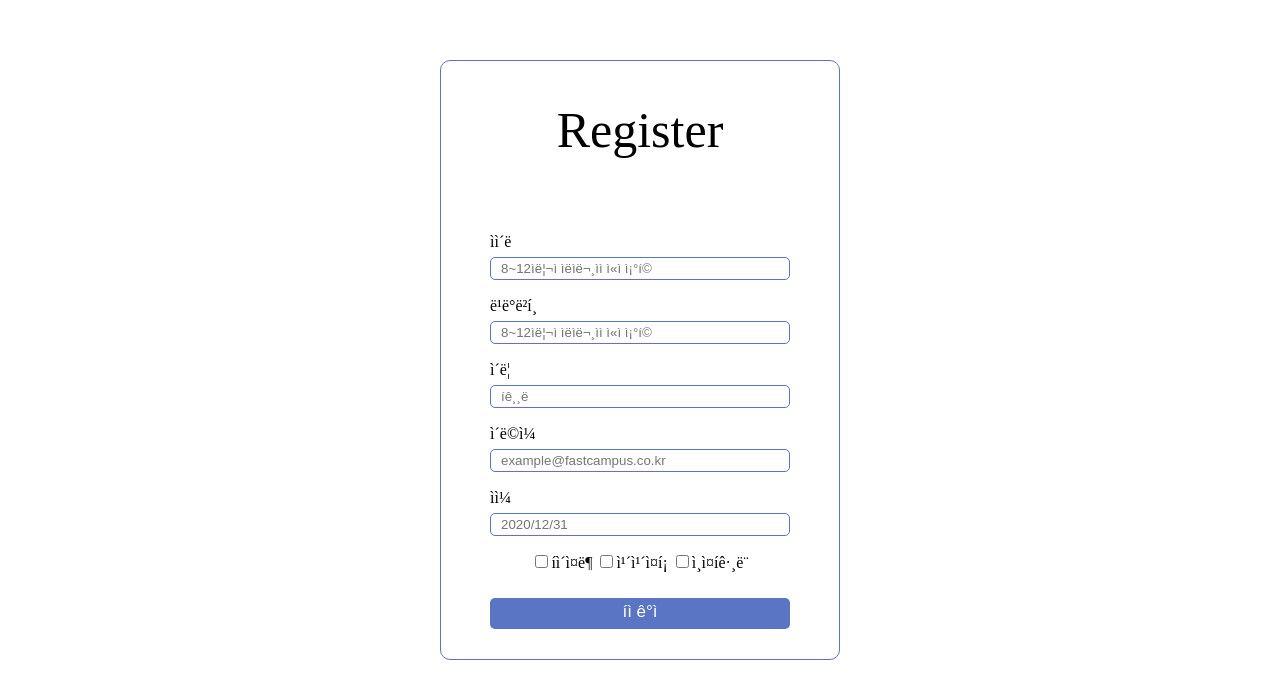
Repository: chungmin23/fastcampus_spring
Page: http://localhost/ch2/registerForm.jsp
An editor plug-in stored every save of this project. The page is shown before and after the next save, followed by the edit.
The browser window is 1280 px wide. The pictures show the whole page.
Some web libraries are served in a nearby version. The page is served by Tomcat 9. Other server files are loaded and not shown.

Above is the page before, as saved 2022-04-09 06:27:14.

### ch2/src/main/webapp/registerForm.jsp
<!DOCTYPE html>
<html lang="en">
<head>
    <meta charset="UTF-8">
    <meta http-equiv="X-UA-Compatible" content="IE=edge">
    <meta name="viewport" content="width=device-width, initial-scale=1.0">
    <link rel="stylesheet" href="https://cdnjs.cloudflare.com/ajax/libs/font-awesome/5.8.2/css/all.min.css" />
    <style>
        * { box-sizing:border-box; }

        form {
            width:400px;
            height:600px;
            display : flex;
            flex-direction: column;
            align-items:center;
            position : absolute;
            top:50%;
            left:50%;
            transform: translate(-50%, -50%) ;
            border: 1px solid rgb(89,117,196);
            border-radius: 10px;
        }

        .input-field {
            width: 300px;
            height: 40px;
            border : 1px solid rgb(89,117,196);
            border-radius:5px;
            padding: 0 10px;
            margin-bottom: 10px;
        }
        label {
            width:300px;
            height:30px;
            margin-top :4px;
        }

        button {
            background-color: rgb(89,117,196);
            color : white;
            width:300px;
            height:50px;
            font-size: 17px;
            border : none;
            border-radius: 5px;
            margin : 20px 0 30px 0;
        }

        .title {
            font-size : 50px;
            margin: 40px 0 30px 0;
        }

        .msg {
            height: 30px;
            text-align:center;
            font-size:16px;
            color:red;
            margin-bottom: 20px;
        }
        .sns-chk {
            margin-top : 5px;
        }
    </style>
    <title>Register</title>
</head>
<body>
	<!-- onsubmit 폼체크 -->
   <form action="/ch2/registerInfo.jsp" method="post" onsubmit="return formCheck(this)">
    <div class="title">Register</div>
    <div id="msg" class="msg"> </div>
    <label for="">아이디</label>
    <input class="input-field" type="text" name="id" placeholder="8~12자리의 영대소문자와 숫자 조합">
    <label for="">비밀번호</label>
    <input class="input-field" type="text" name="pwd" placeholder="8~12자리의 영대소문자와 숫자 조합">
    <label for="">이름</label>
    <input class="input-field" type="text" name="name" placeholder="홍길동">
    <label for="">이메일</label>
    <input class="input-field" type="text" name="email" placeholder="example@fastcampus.co.kr">
    <label for="">생일</label>
    <input class="input-field" type="text" name="birth" placeholder="2020/12/31">
    <div class="sns-chk">
        <label><input type="checkbox" name="sns" value="facebook"/>페이스북</label>
        <label><input type="checkbox" name="sns" value="kakaotalk"/>카카오톡</label>
        <label><input type="checkbox" name="sns" value="instagram"/>인스타그램</label>
    </div>
    <button>회원 가입</button>
   </form>
   <script>
       function formCheck(frm) {
            var msg ='';

            if(frm.id.value.length<3) {
                setMessage('id의 길이는 3이상이어야 합니다.', frm.id);
                return false;
            }

            if(frm.pwd.value.length<3) {
                setMessage('pw의 길이는 3이상이어야 합니다.', frm.id);
                return false;
            }

           return true;
       }

       function setMessage(msg, element){
            document.getElementById("msg").innerHTML = `<i class="fa fa-exclamation-circle"> ${msg}</i>`;

            if(element) {
                element.select();
            }
       }
   </script>
</body>
</html>

After the next save:
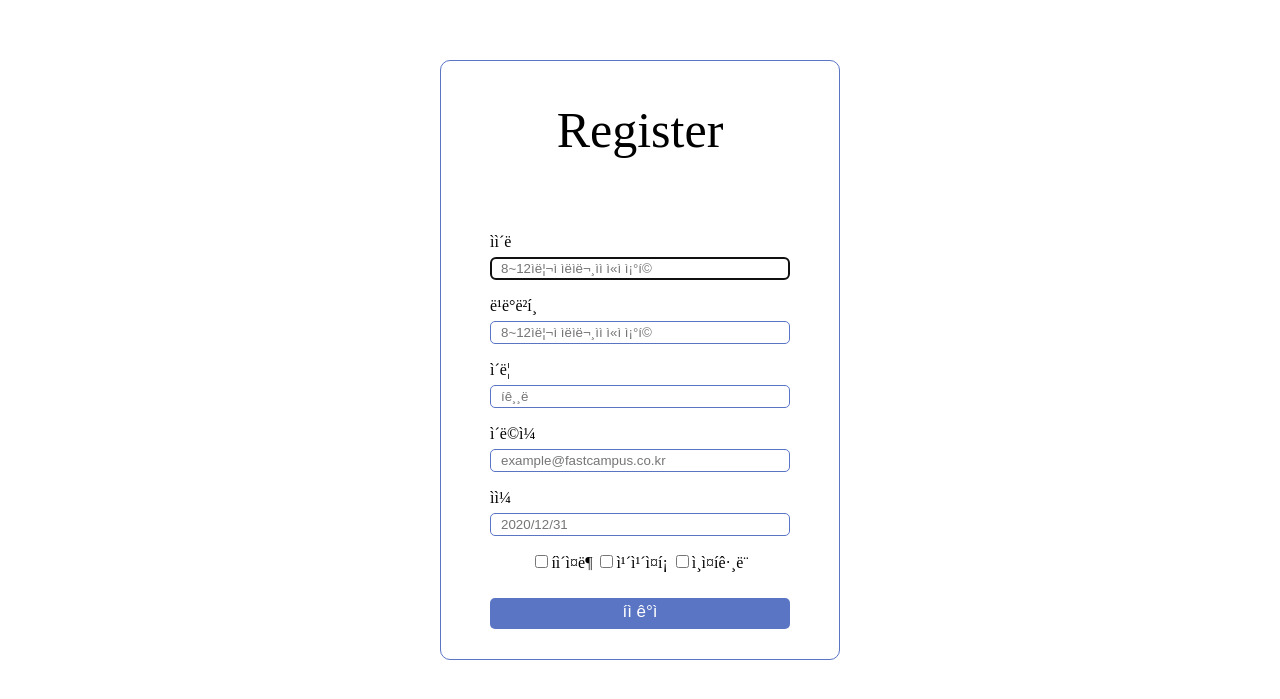
Saved 49 s later.
--- a/ch2/src/main/webapp/registerForm.jsp
+++ b/ch2/src/main/webapp/registerForm.jsp
@@ -71,7 +71,7 @@
     <div class="title">Register</div>
     <div id="msg" class="msg"> </div>
     <label for="">아이디</label>
-    <input class="input-field" type="text" name="id" placeholder="8~12자리의 영대소문자와 숫자 조합">
+    <input class="input-field" type="text" name="id" placeholder="8~12자리의 영대소문자와 숫자 조합" autofocus>
     <label for="">비밀번호</label>
     <input class="input-field" type="text" name="pwd" placeholder="8~12자리의 영대소문자와 숫자 조합">
     <label for="">이름</label>
